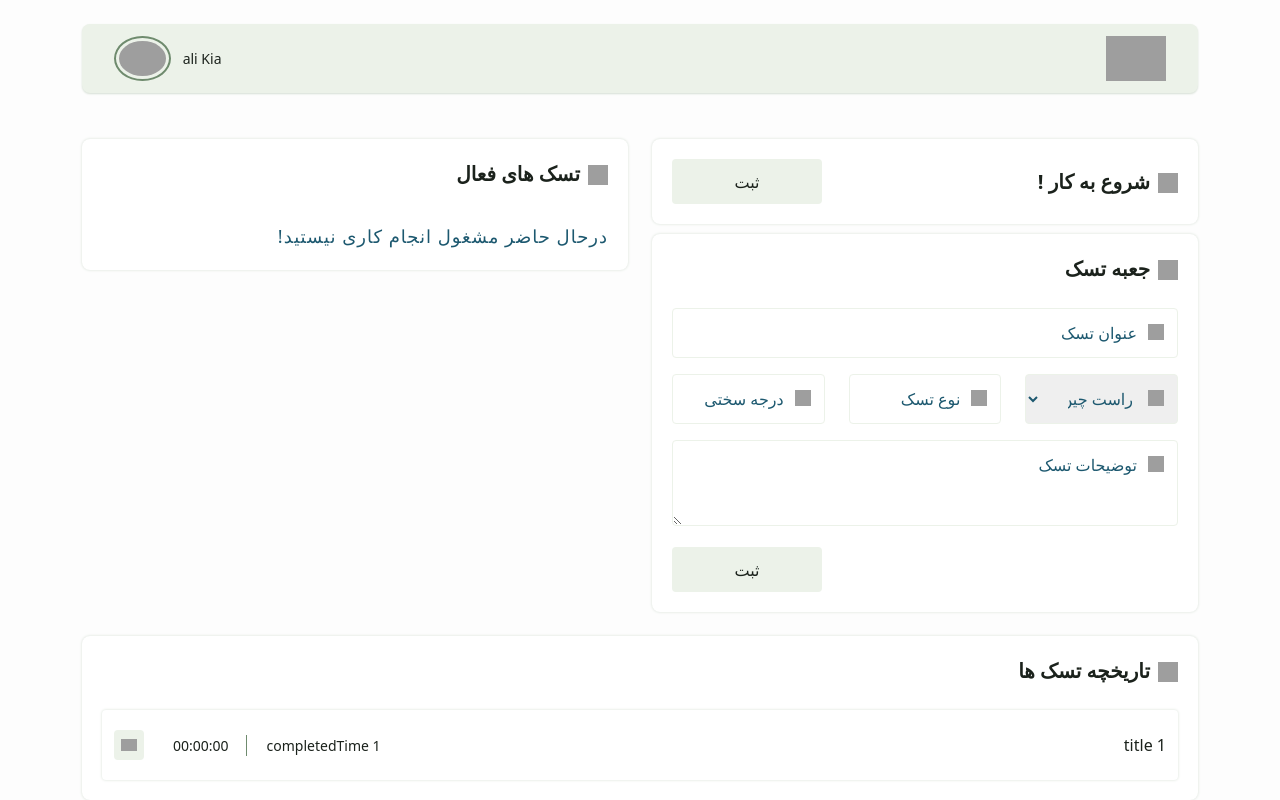
Repository: alirezvanikia/dynamic-form
Page: /
An editor plug-in stored every save of this project. The page is shown before and after the next save, followed by the edit.
The browser window is 1280 px wide. The pictures show the whole page.
Pictures or frames that could not be fetched are drawn as grey boxes. The project was rebuilt for these pictures with package versions that can differ from the ones it lists, and the page was loaded fresh each time. Also part of the build but not shown: vite.config.js, src/components/taskModal.vue.

Above is the page before, as saved 2024-11-09 21:20:57.

After the next save:
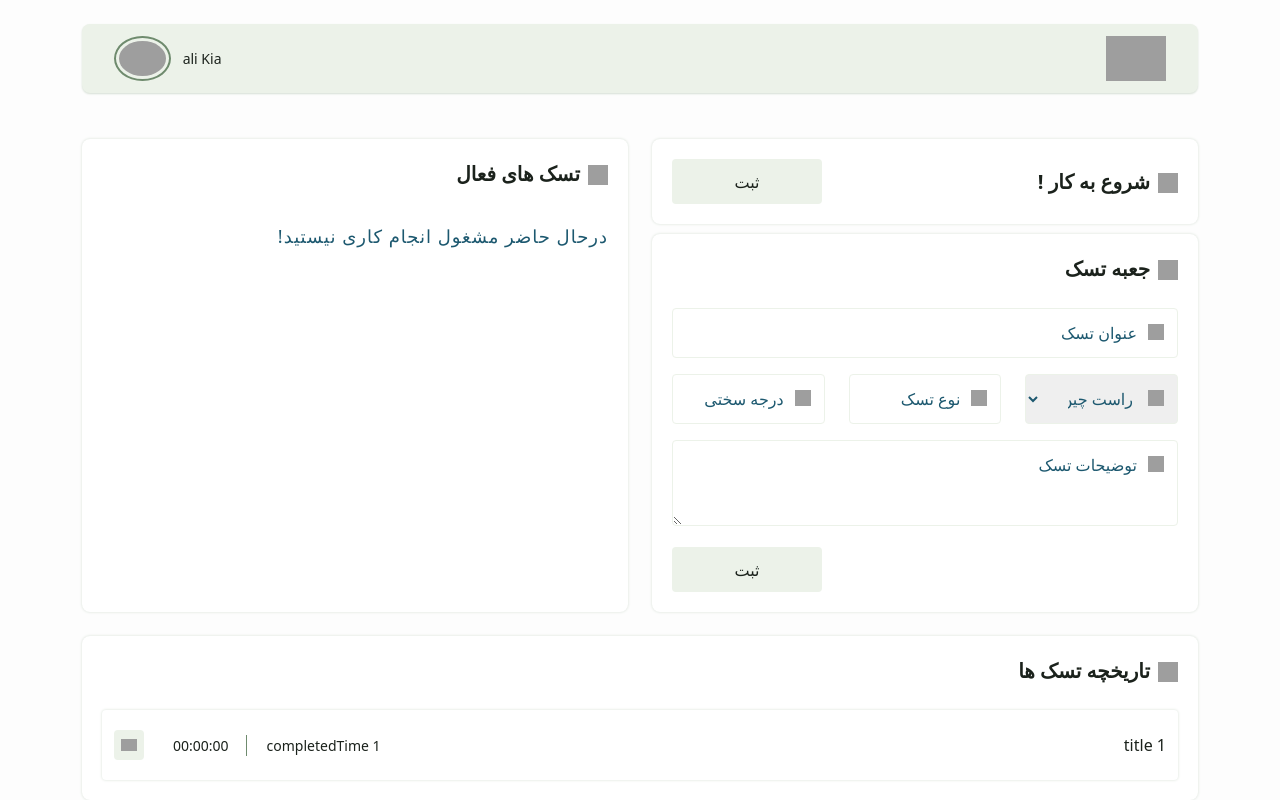
Saved 41 s later.
--- a/src/App.vue
+++ b/src/App.vue
@@ -85,7 +85,7 @@
           </div>
         </div>
         <div class="col-lg-6">
-          <div class="task-manager-box">
+          <div class="task-manager-box h-100">
             <div class="task-manager-actives">
               <div class="task-manager-title">
                 <div class="task-manager-title__icon">
